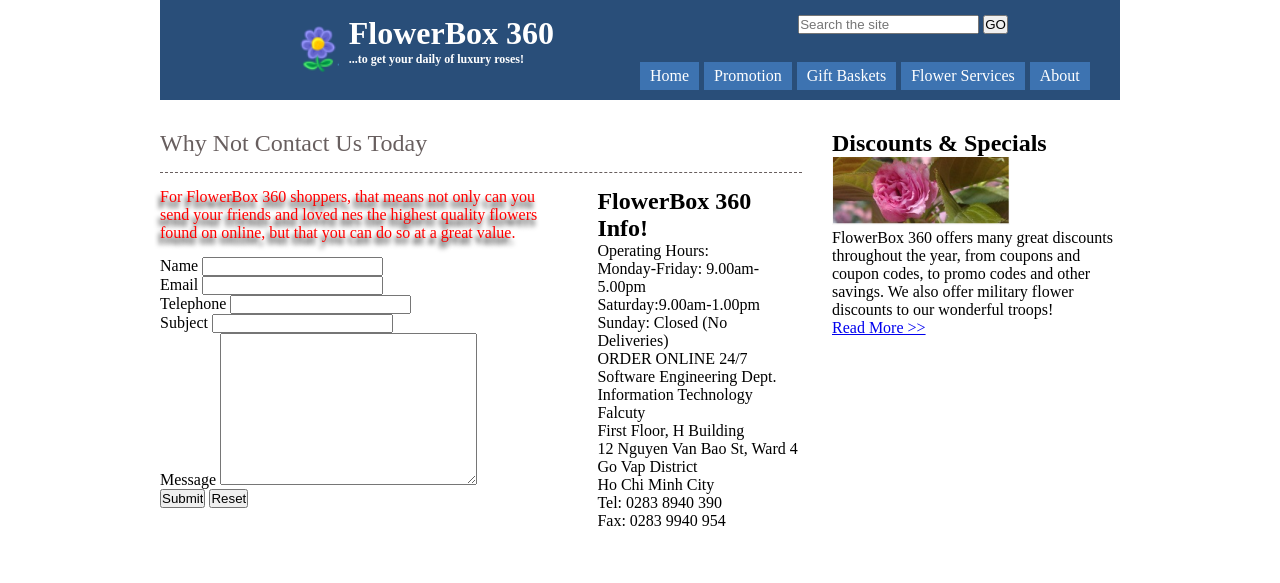
Repository: hoangnguyen1903/STT_21084321_NguyenHuyHoang_DHKHMT17B_Tuan4_DeThamKhao3
Page: html/demo.html
The author's editor kept a copy of each file at every save. The page is drawn from the files as they stood at one save, then again after the next save.
The browser window is 1280 px wide. The pictures show the whole page.

Above is the page before, as saved 2023-03-09 14:55:27.

### html/demo.html
<!DOCTYPE html>
<html lang="en">
  <head>
    <meta charset="UTF-8" />
    <meta http-equiv="X-UA-Compatible" content="IE=edge" />
    <meta name="viewport" content="width=device-width, initial-scale=1.0" />
    <title>Demo 3</title>
    <style>
      * {
        padding: 0;
        box-sizing: border-box;
        margin: 0 auto;
      }

      .wrapper {
        width: 960px;
        height: 100%;
      }

      .header {
        width: 960px;
        height: 100px;
        background-color: #294e79;
        color: #fff;
        display: flex;
        position: relative;
      }

      .header > .header__left {
        display: flex;
        padding: 15px 20px;
      }

      .header > .header__left > img {
        padding-right: 10px;
      }

      .header > .header__left > div > h2 {
        font-size: 12px;
      }

      .header > .header__right {
        padding-top: 15px;
      }

      .header > .header__bottom {
        position: absolute;
        bottom: 10px;
        left: 50%;
        display: flex;
      }

      .header > .header__bottom > li {
        list-style: none;
        margin-right: 5px;
        background-color: #3d73b1;
        padding: 5px 10px;
      }

      .header > .header__bottom > li:hover {
        background-color: #fff;
      }

      .header > .header__bottom > li:hover > a {
        color: #000;
      }

      .header > .header__bottom > li > a {
        text-decoration: none;
        color: white;
      }

      .content {
        width: 960px;
        display: flex;
        margin-top: 30px;
      }

      .content > .content__left {
        width: calc(70% - 30px);
        margin-right: 30px;
      }

      .content > .content__left > .content__left-top {
        color: #685f5f;
        font-weight: 500;
        padding-bottom: 15px;
        border-bottom: 1px dashed #685f5f;
        margin-bottom: 15px;
      }

      .content > .content__left > .content__left-bottom {
        display: flex;
      }

      .content > .content__left > .content__left-bottom > .content__left-form {
        width: calc(70% - 30px);
        margin-right: 30px;
      }

      .content
        > .content__left
        > .content__left-bottom
        > .content__left-form
        > p {
        color: red;
        text-shadow: -2px 6px 5px #000;
        margin-bottom: 15px;
      }

      .content > .content__right {
        width: 30%;
      }
    </style>
  </head>
  <body>
    <div class="wrapper">
      <div class="header">
        <div class="header__left">
          <img src="../img/AnhLogo.PNG" alt="Logo" class="logo" />
          <div>
            <h1>FlowerBox 360</h1>
            <h2>...to get your daily of luxury roses!</h2>
          </div>
        </div>
        <ul class="header__bottom">
          <li><a href="#">Home</a></li>
          <li><a href="#">Promotion</a></li>
          <li><a href="#">Gift Baskets</a></li>
          <li><a href="#">Flower Services</a></li>
          <li><a href="#">About</a></li>
        </ul>
        <div class="header__right">
          <input
            type="text"
            name="txt"
            id="txt"
            placeholder="Search the site"
          />
          <input type="button" value="GO" />
        </div>
      </div>
      <div class="content">
        <div class="content__left">
          <h2 class="content__left-top">Why Not Contact Us Today</h2>
          <div class="content__left-bottom">
            <div class="content__left-form">
              <p>
                For FlowerBox 360 shoppers, that means not only can you send
                your friends and loved nes the highest quality flowers found on
                online, but that you can do so at a great value.
              </p>
              <form action="">
                <div>
                  <label for="name">Name</label>
                  <input type="text" name="name" id="name" />
                </div>
                <div>
                  <label for="email">Email</label>
                  <input type="email" name="email" id="email" />
                </div>
                <div>
                  <label for="telephone">Telephone</label>
                  <input type="number" name="telephone" id="telephone" />
                </div>
                <div>
                  <label for="subject">Subject</label>
                  <input type="text" name="subject" id="subject" />
                </div>
                <div>
                  <label for="message">Message</label>
                  <textarea
                    name="message"
                    id="message"
                    cols="30"
                    rows="10"
                  ></textarea>
                </div>
                <div>
                  <input type="submit" value="Submit" />
                  <input type="reset" value="Reset" />
                </div>
              </form>
            </div>
            <div class="content__left-info">
              <h2 class="content__left-heading">FlowerBox 360 Info!</h2>
              <div>
                <p>Operating Hours:</p>
                <p>Monday-Friday: 9.00am-5.00pm</p>
                <p>Saturday:9.00am-1.00pm</p>
                <p>Sunday: Closed (No Deliveries)</p>
                <p>ORDER ONLINE 24/7</p>
              </div>
              <div>
                <p>Software Engineering Dept.</p>
                <p>Information Technology Falcuty</p>
                <p>First Floor, H Building</p>
              </div>
              <div>
                <p>12 Nguyen Van Bao St, Ward 4</p>
                <p>Go Vap District</p>
                <p>Ho Chi Minh City</p>
                <p>Tel: 0283 8940 390</p>
                <p>Fax: 0283 9940 954</p>
              </div>
            </div>
          </div>
        </div>
        <div class="content__right">
          <h2 class="content__right-top">Discounts & Specials</h2>
          <div class="content__right-bottom">
            <img src="../img/flower.PNG" alt="Flower" />
            <p>
              FlowerBox 360 offers many great discounts throughout the year,
              from coupons and coupon codes, to promo codes and other savings.
              We also offer military flower discounts to our wonderful troops!
            </p>
            <a href="#">Read More >></a>
          </div>
        </div>
      </div>
      <div class="footer"></div>
    </div>
  </body>
</html>

After the next save:
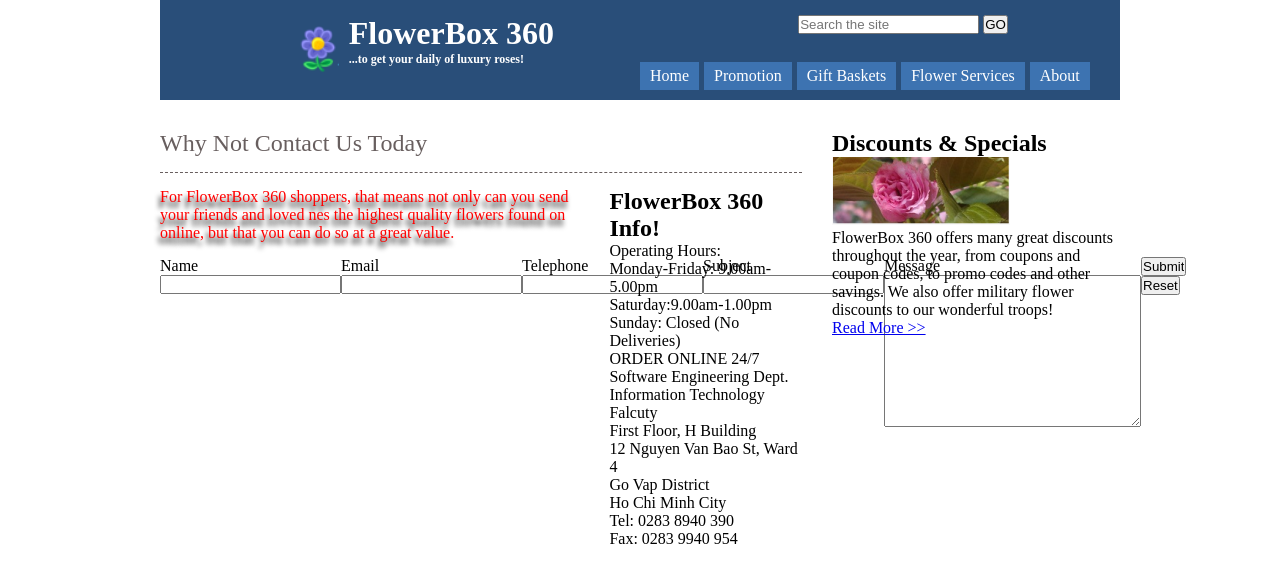
Saved 51 s later.
--- a/html/demo.html
+++ b/html/demo.html
@@ -106,6 +106,14 @@
         color: red;
         text-shadow: -2px 6px 5px #000;
         margin-bottom: 15px;
+      }
+
+      .content
+        > .content__left
+        > .content__left-bottom
+        > .content__left-form
+        > form {
+        display: flex;
       }
 
       .content > .content__right {
